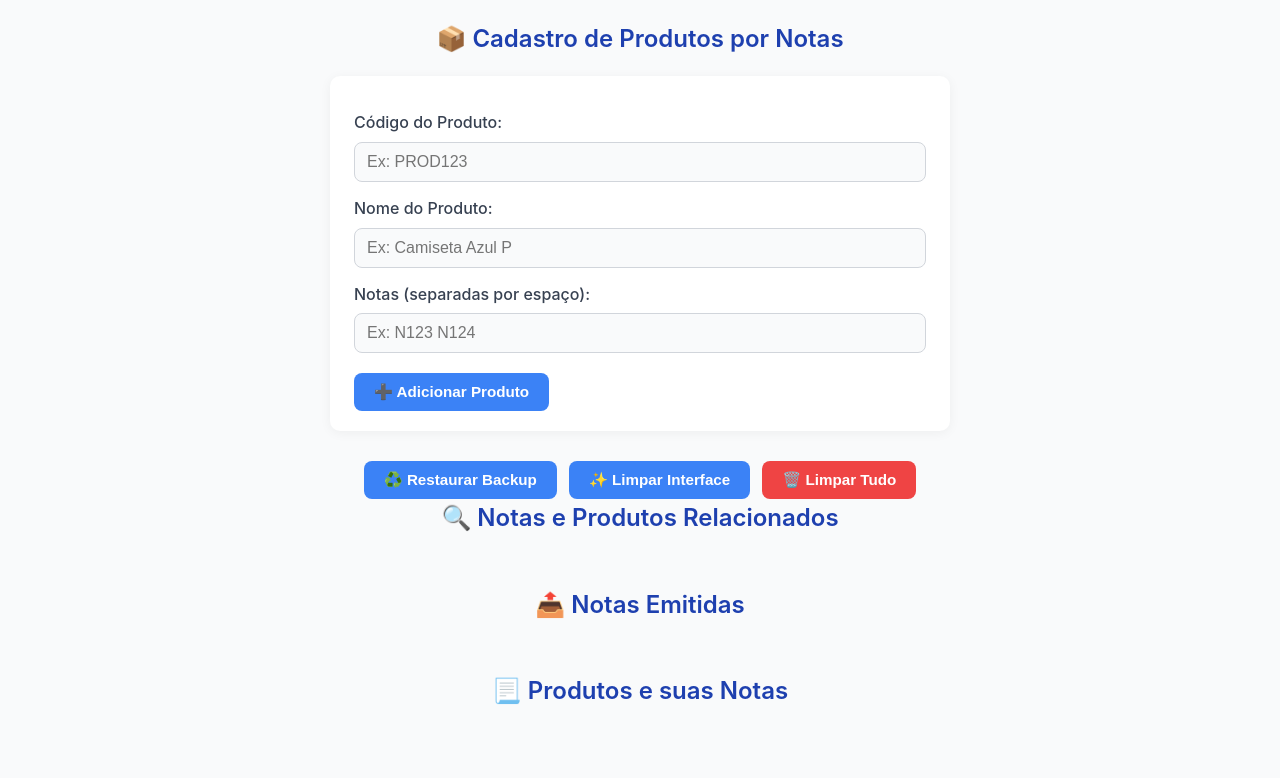
Repository: meiotera/cadastroNotasProdutos
Page: index.html
These files come from the project's save history. The page is drawn as it stood at one moment and after the next save; the edit follows.
The browser window is 1280 px wide. The pictures show the whole page.

Above is the page before, as saved 2025-06-12 07:20:04.

### index.html
<!DOCTYPE html>
<html lang="pt-BR">

<head>
  <meta charset="UTF-8" />
  <meta name="viewport" content="width=device-width, initial-scale=1.0" />
  <title>Cadastro de Produtos e Notas</title>
  <link rel="stylesheet" href="style.css" />
</head>

<body>
  <main>
    <h1>📦 Cadastro de Produtos por Notas</h1>

    <form id="formProduto">
      <label for="codigo">Código do Produto:</label>
      <input type="text" id="codigo" placeholder="Ex: PROD123" required />

      <label for="nomeProduto">Nome do Produto:</label>
      <input type="text" id="nomeProduto" placeholder="Ex: Camiseta Azul P" required />

      <label for="notas">Notas (separadas por espaço):</label>
      <input type="text" id="notas" placeholder="Ex: N123 N124" required />

      <button type="submit">➕ Adicionar Produto</button>
    </form>

    <div class="botoes-secundarios">
      <button id="restaurarBackup">♻️ Restaurar Backup</button>
      <button id="limparInterfaceBtn" class="limpar-btn-interface">✨ Limpar Interface</button>
      <button id="limparDados" class="limpar-btn">🗑️ Limpar Tudo</button>
    </div>

    <h2>🔍 Notas e Produtos Relacionados</h2>
    <div id="notasProdutos">
    </div>

    <h2>📤 Notas Emitidas</h2>
    <div id="notasEmitidas"></div>

    <div id="resultado">
      <h2>📃 Produtos e suas Notas</h2>
      <div id="listaProdutos"></div>
    </div>
  </main>

  <script src="script.js"></script>
</body>

</html>

### style.css
/* Reset básico */
* {
  margin: 0;
  padding: 0;
  box-sizing: border-box;
}

body {
  font-family: 'Inter', sans-serif;
  background-color: #f9fafb;
  color: #1f2937;
  padding: 20px 15px; /* Reduzido padding do body */
  line-height: 1.6;
}

/* Títulos */
h1,
h2 {
  text-align: center;
  margin-bottom: 18px; /* Reduzido margin-bottom */
  font-size: 1.5rem; /* Reduzido font-size */
  color: #1e40af;
  font-weight: 600;
}

/* Formulário */
form {
  background: #ffffff;
  padding: 20px 24px; /* Reduzido padding */
  border-radius: 10px;
  max-width: 620px;
  margin: 0 auto 30px auto; /* Reduzido margin-bottom */
  box-shadow: 0 2px 12px rgba(0, 0, 0, 0.05);
}

label {
  display: block;
  margin: 14px 0 6px; /* Reduzido margin */
  font-weight: 500;
  color: #374151;
}

input {
  width: 100%;
  padding: 10px 12px; /* Reduzido padding */
  border-radius: 8px;
  border: 1.5px solid #d1d5db;
  background-color: #f9fafb;
  font-size: 1rem;
  color: #1f2937;
  transition: 0.2s;
}

input:focus {
  border-color: #3b82f6;
  outline: none;
  background-color: #fff;
}

/* Botões */
button {
  margin-top: 20px; /* Reduzido margin-top */
  padding: 10px 20px; /* Reduzido padding */
  background-color: #3b82f6;
  color: white;
  border: none;
  border-radius: 8px;
  font-size: 0.95rem; /* Levemente reduzido font-size */
  font-weight: 600;
  cursor: pointer;
  transition: background 0.2s ease;
}

.botoes-secundarios {
  display: flex;
  justify-content: center;
  align-items: center;
  gap: 12px; /* Reduzido gap */
}

.botoes-secundarios button {
  margin: 0;
}

button:hover {
  background-color: #2563eb;
}

.limpar-btn {
  background-color: #ef4444;
  margin: 20px auto; /* Reduzido margin */
  display: block;
  max-width: 620px;
}

.limpar-btn:hover {
  background-color: #dc2626;
}

/* Containers principais */
#resultado,
#notasProdutos,
#notasEmitidas {
  max-width: 800px;
  margin: 0 auto 30px;
}

/* Aplicar Flexbox aos containers dos cards para layout lado a lado */
#listaProdutos,
#notasProdutos,
#notasEmitidas {
  display: flex;
  flex-wrap: wrap; /* Permite que os itens quebrem para a próxima linha */
  gap: 16px; /* Espaçamento entre os cards */
}

/* Lista de produtos */
#listaProdutos > .card-nota {
  /* Especificidade para os cards dentro de #listaProdutos */
  /* background: #ffffff; - Removido pois .card-nota já tem */
  /* padding: 16px 20px; - Removido pois .card-nota já tem */
  margin-bottom: 0; /* Removido margin-bottom pois o gap do flex container cuidará disso */
  /* border-radius: 10px; - Removido pois .card-nota já tem */
  /* box-shadow: 0 1px 8px rgba(0, 0, 0, 0.05); - Removido pois .card-nota já tem */
  flex: 1 1 300px; /* Permite que o card cresça, não encolha, base de 300px */
  min-width: 280px; /* Garante uma largura mínima antes de quebrar */
}

#listaProdutos strong {
  display: block;
  margin-bottom: 8px; /* Reduzido margin-bottom */
  font-size: 0.95rem; /* Levemente reduzido font-size */
  color: #111827;
}

/* Tags */
.tag,
.produto-tag {
  display: inline-block;
  padding: 4px 10px; /* Reduzido padding */
  margin: 3px 4px 3px 0; /* Reduzido margin */
  font-size: 0.8rem; /* Reduzido font-size */
  font-weight: 600;
  border-radius: 999px;
  user-select: none;
}

.tag {
  background-color: #e0e7ff;
  color: #3730a3;
}

.produto-tag {
  background-color: #cbd5e1;
  color: #1e293b;
}

.tag:hover,
.produto-tag:hover {
  opacity: 0.85;
}

/* Estilo para o nome do produto dentro da tag de produto em "Notas e Produtos Relacionados" */
.nome-produto-na-nota {
  font-size: 0.75rem; /* Um pouco menor que o código */
  color: #4b5563; /* Cor mais suave */
}

/* Cartão de nota fiscal */
.card-nota {
  background: #ffffff;
  padding: 20px; /* Padding uniforme para melhor espaçamento interno */
  margin-bottom: 0; /* Removido pois o gap do flex container cuidará disso */
  border: 1px solid #e5e7eb; /* Borda sutil e uniforme */
  border-radius: 12px; /* Bordas mais arredondadas para um look moderno */
  box-shadow: 0 4px 12px rgba(0, 0, 0, 0.07); /* Sombra mais suave e moderna */
  /* Para layout flex lado a lado */
  flex: 1 1 300px; /* Permite que o card cresça, não encolha, base de 300px */
  min-width: 280px; /* Garante uma largura mínima antes de quebrar */
  display: flex; /* Para alinhar conteúdo interno se necessário */
  flex-direction: column; /* Para que o conteúdo interno se empilhe verticalmente */
  min-height: 180px; /* Aumenta a altura mínima para mais respiro */
  transition: transform 0.2s ease-in-out, box-shadow 0.2s ease-in-out; /* Efeito suave no hover */
}

.card-nota:hover {
  transform: translateY(-4px); /* Leve elevação no hover */
  box-shadow: 0 6px 18px rgba(0, 0, 0, 0.1); /* Sombra mais pronunciada no hover */
}

/* Estilo para o título principal dentro do card */
.card-nota > strong {
  display: block;
  margin-bottom: 12px; /* Mais espaço após o título antes da borda/conteúdo */
  font-size: 1.1rem; /* Título um pouco maior para destaque */
  color: #111827;
  font-weight: 600;
  padding-bottom: 12px; /* Espaço para a borda inferior */
  border-bottom: 1px solid #e5e7eb; /* Borda inferior mais clara e consistente */
  line-height: 1.4; /* Melhor legibilidade para o título */
}

/* Estilo para o nome do produto exibido no card */
.produto-nome-display {
  font-size: 0.9rem;
  color: #4b5563; /* Cor um pouco mais suave */
  margin-bottom: 8px; /* Espaço abaixo do nome */
}

/* Para outros 'strong' dentro de divs no card, como "Produtos:" */
.card-nota div strong {
  font-weight: 500; /* Um pouco menos de peso que o título principal */
  color: #374151; /* Cor um pouco mais suave para texto secundário */
}

.card-nota > div:not(:first-child) {
  /* Para espaçar os elementos filhos dentro do card */
  margin-top: 12px; /* Aumenta o espaço para seções de conteúdo */
  flex-grow: 1; /* Permite que esta área de conteúdo cresça */
}

/* Botões de ação */
.botao-copiar,
.botao-emitir {
  margin-left: 8px;
  padding: 5px 10px; /* Reduzido padding */
  border-radius: 6px;
  font-size: 0.8rem; /* Reduzido font-size */
  font-weight: 600;
  border: none;
  cursor: pointer;
  transition: background-color 0.2s ease;
  margin-top: 16px; /* Espaço consistente acima dos botões */
  align-self: flex-start; /* Alinha o botão à esquerda do card */
}

.botao-copiar {
  background: #10b981;
  color: white;
}

.botao-copiar:hover {
  background: #059669;
}

.botao-emitir {
  background: #f59e0b;
  color: #ffffff; /* Texto branco para melhor contraste com laranja */
}

.botao-emitir:hover {
  background: #dd8c00;
}

.copiado {
  border: 1px solid #059669;
  background-color: #25e772;
}

/* Itens clicáveis */
.codigo-clicavel,
.numero-nota-clicavel {
  cursor: pointer;
  color: #3b82f6;
  text-decoration: underline;
  font-weight: 500;
}

.codigo-clicavel:hover,
.numero-nota-clicavel:hover {
  color: #1d4ed8;
}

/* Responsivo */
@media (max-width: 720px) {
  form,
  .limpar-btn,
  #resultado,
  #notasProdutos,
  #notasEmitidas {
    padding: 20px 15px;
    margin: 0 auto 30px; /* Mantém centralizado mas ajusta para o gap do flex */
    max-width: 100%;
    flex-direction: column; /* Em telas menores, volta para layout de coluna */
    gap: 12px;
  }

  button {
    width: 100%;
    padding: 14px 0;
  }

  .botao-copiar,
  .botao-emitir {
    width: auto;
    display: inline-block;
    margin-top: 8px;
  }
}

.botao-remover {
  background: transparent;
  /* Estilo de botão mais sutil para remover */
  background-color: #fee2e2; /* Fundo vermelho claro */
  color: #ef4444; /* Texto vermelho */
  border: 1px solid #fecaca; /* Borda vermelha sutil */
  padding: 5px 10px;
  border-radius: 6px;
  font-size: 0.8rem;
  font-weight: 500;
  cursor: pointer;
  margin-top: 16px; /* Espaço consistente acima do botão */
  align-self: flex-start; /* Alinha à esquerda */
  line-height: 1.2; /* Ajuste para o emoji/texto */
}

### script.js
const form = document.getElementById('formProduto');
const codigoInput = document.getElementById('codigo');
const nomeProdutoInput = document.getElementById('nomeProduto'); // Novo input
const listaProdutos = document.getElementById('listaProdutos');
const notasInput = document.getElementById('notas');
const notasProdutos = document.getElementById('notasProdutos');
const notasEmitidasDiv = document.getElementById('notasEmitidas');
const btnRestaurarBackup = document.getElementById('restaurarBackup');
const btnLimpar = document.getElementById('limparDados');
const btnLimparInterface = document.getElementById('limparInterfaceBtn');

let produtosNotas = JSON.parse(localStorage.getItem('produtosNotas')) || [];
let produtosNotasBackup =
  JSON.parse(localStorage.getItem('produtosNotasBackup')) || [];
let notasEmitidas = JSON.parse(localStorage.getItem('notasEmitidas')) || [];

function salvarDados() {
  localStorage.setItem('produtosNotas', JSON.stringify(produtosNotas));
  localStorage.setItem(
    'produtosNotasBackup',
    JSON.stringify(produtosNotasBackup),
  );
  localStorage.setItem('notasEmitidas', JSON.stringify(notasEmitidas));
}

codigoInput.addEventListener('blur', () => {
  const codigoValor = codigoInput.value.trim();
  if (!codigoValor) {
    return;
  }

  // Modificado para buscar no backup
  const produtoExistente = produtosNotasBackup.find(
    (p) => p.codigo === codigoValor,
  );

  if (produtoExistente && produtoExistente.notas.length > 0) {
    notasInput.value = produtoExistente.notas.join(' ');
    if (produtoExistente.nome) {
      nomeProdutoInput.value = produtoExistente.nome;
    } else {
      nomeProdutoInput.value = ''; // Limpa se não houver nome no backup
    }
  } else {
    // Se o produto não for encontrado no backup ou não tiver notas, limpa ambos os campos
    notasInput.value = '';
    nomeProdutoInput.value = '';
  }
});

form.addEventListener('submit', (e) => {
  e.preventDefault();
  const codigo = codigoInput.value.trim();
  const nome = nomeProdutoInput.value.trim(); // Captura o nome do produto
  const notas = notasInput.value
    .split(' ')
    .map((n) => n.trim())
    .filter(Boolean);

  if (!codigo || !nome || notas.length === 0) return; // Adiciona verificação para o nome
  const indiceProdutoExistenteEmProdutosNotas = produtosNotas.findIndex(
    (p) => p.codigo === codigo,
  );

  const indiceProdutoExistenteEmBackup = produtosNotasBackup.findIndex(
    (p) => p.codigo === codigo,
  );

  if (indiceProdutoExistenteEmProdutosNotas > -1) {
    // Produto existe em produtosNotas (UPDATING)
    produtosNotas[indiceProdutoExistenteEmProdutosNotas].notas = notas;
    produtosNotas[indiceProdutoExistenteEmProdutosNotas].nome = nome; // Atualiza o nome

    // Atualiza no backup SOMENTE SE JÁ EXISTIR LÁ
    if (indiceProdutoExistenteEmBackup > -1) {
      produtosNotasBackup[indiceProdutoExistenteEmBackup].notas = notas;
      produtosNotasBackup[indiceProdutoExistenteEmBackup].nome = nome; // Atualiza o nome no backup
    }
    // Se não existe no backup, não faz nada com o backup durante uma atualização.
  } else {
    // Produto é NOVO para produtosNotas (ADDING)
    const novoProduto = { codigo, nome, notas }; // Inclui o nome ao criar novo produto
    produtosNotas.push(novoProduto);

    // Adiciona ao backup SOMENTE SE NÃO EXISTIR LÁ AINDA
    if (indiceProdutoExistenteEmBackup === -1) {
      produtosNotasBackup.push({ ...novoProduto }); // Inclui o nome ao adicionar no backup
    }
  }

  salvarDados();

  form.reset();
  renderizarTudo(codigo); // Passa o código do produto submetido para filtrar a exibição
});

// 📤 Emitir nota
function emitirNota(notaSelecionada) {
  const produtosComNota = produtosNotas.filter((p) =>
    p.notas.includes(notaSelecionada),
  );

  if (produtosComNota.length === 0) return;

  const codigosAlvo = [...new Set(produtosComNota.map((p) => p.codigo))];

  const numeroNota = prompt(
    `Informe o número da Nota Fiscal para os códigos: ${codigosAlvo.join(
      ', ',
    )}:`,
  );
  if (!numeroNota) return;

  const todasNotasRelacionadas = [
    ...new Set(
      produtosNotas
        .filter((p) => codigosAlvo.includes(p.codigo))
        .flatMap((p) => p.notas),
    ),
  ];

  notasEmitidas.push({
    numeroNota,
    produtos: codigosAlvo,
    notas: todasNotasRelacionadas,
  });

  produtosNotas = produtosNotas
    .map((p) =>
      codigosAlvo.includes(p.codigo)
        ? {
            ...p,
            notas: p.notas.filter((n) => !todasNotasRelacionadas.includes(n)),
          }
        : p,
    )
    .filter((p) => p.notas.length > 0);

  salvarDados();
  renderizarTudo();
}

// 🗑️ Limpar tudo
btnLimpar.addEventListener('click', () => {
  if (
    confirm(
      'Tem certeza que deseja apagar TODOS os dados (incluindo o backup)?',
    )
  ) {
    produtosNotas = [];
    produtosNotasBackup = [];
    notasEmitidas = [];
    salvarDados();
    renderizarTudo();
  }
});

// ✨ Limpar apenas a interface (frontend)
btnLimparInterface.addEventListener('click', () => {
  // Apaga os dados de produtosNotas e notasEmitidas, mas mantém o backup
  produtosNotas = [];
  notasEmitidas = []; // Limpa também as notas emitidas para consistência da interface

  salvarDados(); // Salva o estado (produtosNotas e notasEmitidas vazios, backup intacto)
  renderizarTudo(); // Re-renderiza a interface para mostrar as listas vazias

  // Reseta o formulário
  form.reset();
  // Opcional: focar no primeiro campo do formulário
  codigoInput.focus();
});

// 🔄 Renderizar tudo
function renderizarTudo(codigoFiltro = null) {
  // Adiciona parâmetro opcional para filtrar
  renderizarProdutos(codigoFiltro); // Passa o filtro para renderizarProdutos
  renderizarNotas(); // Mantém a exibição global para as outras seções
  renderizarNotasEmitidas(); // Mantém a exibição global
}

function copiarTexto(texto, elementoClicado) {
  // 1. Verificar se a API de Clipboard está disponível
  if (!navigator.clipboard) {
    alert(
      'Seu navegador não suporta a funcionalidade de copiar para a área de transferência de forma segura, ou a página não está sendo servida via HTTPS.',
    );
    return;
  }

  navigator.clipboard
    .writeText(texto)
    .then(() => {
      // Adicionar classe 'copiado' ao elemento clicado para feedback visual
      if (elementoClicado) {
        elementoClicado.classList.add('copiado');
        // Remover a classe após um tempo
        setTimeout(() => {
          elementoClicado.classList.remove('copiado');
        }, 1500); // Remove a classe após 1.5 segundos
      }
      // console.log('Texto copiado:', texto); // Opcional: log para debug
    })
    .catch((err) => {
      console.error('Falha ao copiar o texto:', err);
      let mensagemErro = 'Falha ao copiar o texto.';
      if (err.name === 'NotAllowedError') {
        mensagemErro +=
          ' A permissão para escrever na área de transferência foi negada.';
      } else if (document.visibilityState !== 'visible') {
        mensagemErro +=
          ' A página não está ativa. Clique na página e tente novamente.';
      }
      alert(
        mensagemErro +
          ' Verifique as permissões do navegador e se a página está em HTTPS.',
      );
    });
}

function renderizarProdutos(codigoFiltro = null) {
  listaProdutos.innerHTML = '';
  let produtosParaRenderizar = produtosNotas;

  if (codigoFiltro) {
    const produtoFiltrado = produtosNotas.find(
      (p) => p.codigo === codigoFiltro,
    );
    produtosParaRenderizar = produtoFiltrado ? [produtoFiltrado] : [];
  }

  produtosParaRenderizar.forEach((p) => {
    const div = document.createElement('div');
    div.classList.add('card-nota'); // Adiciona classe para consistência visual
    div.innerHTML = `
      <strong class="codigo-clicavel">${p.codigo}</strong>
      <div class="produto-nome-display">${p.nome || 'Nome não informado'}</div>
      ${p.notas
        .map((n) => `<span class="tag codigo-clicavel">${n}</span>`)
        .join('')}
      <button class="botao-remover" title="Remover este item">❌</button>
    `;

    div
      .querySelector('strong.codigo-clicavel') // Este é o elemento clicado
      .addEventListener('click', (e) => copiarTexto(p.codigo, e.target));

    div.querySelectorAll('span.codigo-clicavel').forEach((span) => {
      span.addEventListener('click', (e) =>
        copiarTexto(span.textContent, e.target),
      );
    });

    // Botão de remover item
    div.querySelector('.botao-remover').addEventListener('click', () => {
      if (
        confirm(
          `Deseja remover o produto ${p.codigo} (${p.nome || 'Sem nome'})?`,
        )
      ) {
        const codigoARemover = p.codigo;
        // Encontra o índice real na lista principal produtosNotas
        const originalIndex = produtosNotas.findIndex(
          (item) => item.codigo === codigoARemover,
        );
        if (originalIndex > -1) {
          produtosNotas.splice(originalIndex, 1);

          // Remover também do backup para manter consistência
          const backupIndex = produtosNotasBackup.findIndex(
            (item) => item.codigo === codigoARemover,
          );
          if (backupIndex > -1) {
            produtosNotasBackup.splice(backupIndex, 1);
          }

          salvarDados();
          renderizarTudo();
        }
      }
    });

    listaProdutos.appendChild(div);
  });
}

function renderizarNotas() {
  notasProdutos.innerHTML = '';
  const notasUnicas = [...new Set(produtosNotas.flatMap((p) => p.notas))];

  notasUnicas.sort((a, b) => {
    const produtosRelacionadosA = produtosNotas.filter((p) =>
      p.notas.includes(a),
    ).length;
    const produtosRelacionadosB = produtosNotas.filter((p) =>
      p.notas.includes(b),
    ).length;
    return produtosRelacionadosB - produtosRelacionadosA;
  });
  notasUnicas.forEach((nota) => {
    const produtosRelacionados = produtosNotas
      .filter((p) => p.notas.includes(nota))
      .map((p) => ({ codigo: p.codigo, nome: p.nome })); // Agora mapeia para objeto com código e nome

    const div = document.createElement('div');
    div.classList.add('card-nota');
    div.innerHTML = `
      <strong>Nota: <span class="codigo-clicavel">${nota}</span></strong>
      ${produtosRelacionados
        .map(
          (prod) =>
            `<span class="produto-tag">
              <span class="codigo-clicavel" title="Copiar código ${
                prod.codigo
              }">${prod.codigo}</span>
              <span class="nome-produto-na-nota"> - ${
                prod.nome || 'Sem nome'
              }</span>
            </span>`,
        )
        .join('')}
      <button class="botao-emitir">Separa por Item</button>
    `;

    div
      .querySelector('strong > span.codigo-clicavel') // Elemento clicado é o span dentro do strong
      .addEventListener('click', (e) => copiarTexto(nota, e.target));

    div
      .querySelectorAll('span.produto-tag > span.codigo-clicavel')
      .forEach((span) => {
        span.addEventListener('click', (e) =>
          copiarTexto(span.textContent, e.target),
        );
      });

    div
      .querySelector('.botao-emitir')
      .addEventListener('click', () => emitirNota(nota));
    notasProdutos.appendChild(div);
  });
}

function renderizarNotasEmitidas() {
  notasEmitidasDiv.innerHTML = '';

  notasEmitidas.forEach((item) => {
    const div = document.createElement('div');
    div.classList.add('card-nota');
    // CORREÇÃO: Envolver item.numeroNota em um span clicável
    div.innerHTML = `
      <strong>Nota Fiscal Nº <span class="codigo-clicavel" title="Copiar Número da Nota ${
        item.numeroNota
      }">${item.numeroNota}</span></strong>
      <div><strong>Produtos:</strong> ${item.produtos // Adiciona a classe codigo-clicavel e title para os produtos
        .map(
          (p) =>
            `<span class="produto-tag codigo-clicavel" title="Copiar Código do Produto ${p}">${p}</span>`,
        )
        .join('')}</div>
    `;
    // Adicionar event listener para copiar o número da nota fiscal
    const spanNumeroNota = div.querySelector('strong > span.codigo-clicavel'); // Seletor corrigido e simplificado
    if (spanNumeroNota) {
      spanNumeroNota.addEventListener('click', (e) =>
        copiarTexto(item.numeroNota, e.target),
      );
    }
    // Adicionar event listeners para copiar os códigos dos produtos
    const spansProdutos = div.querySelectorAll(
      'div > span.produto-tag.codigo-clicavel',
    );
    spansProdutos.forEach((spanProduto) => {
      const codigoProduto = spanProduto.textContent; // O texto do span é o código do produto
      spanProduto.addEventListener('click', (e) =>
        copiarTexto(codigoProduto, e.target),
      );
    });

    notasEmitidasDiv.appendChild(div);
  });
}

btnRestaurarBackup.addEventListener('click', () => {
  produtosNotas = JSON.parse(JSON.stringify(produtosNotasBackup));
  salvarDados();
  renderizarTudo();
  alert('Backup restaurado com sucesso!');
});

// renderizarTudo(); // Removido para não carregar dados automaticamente na inicialização

After the next save:
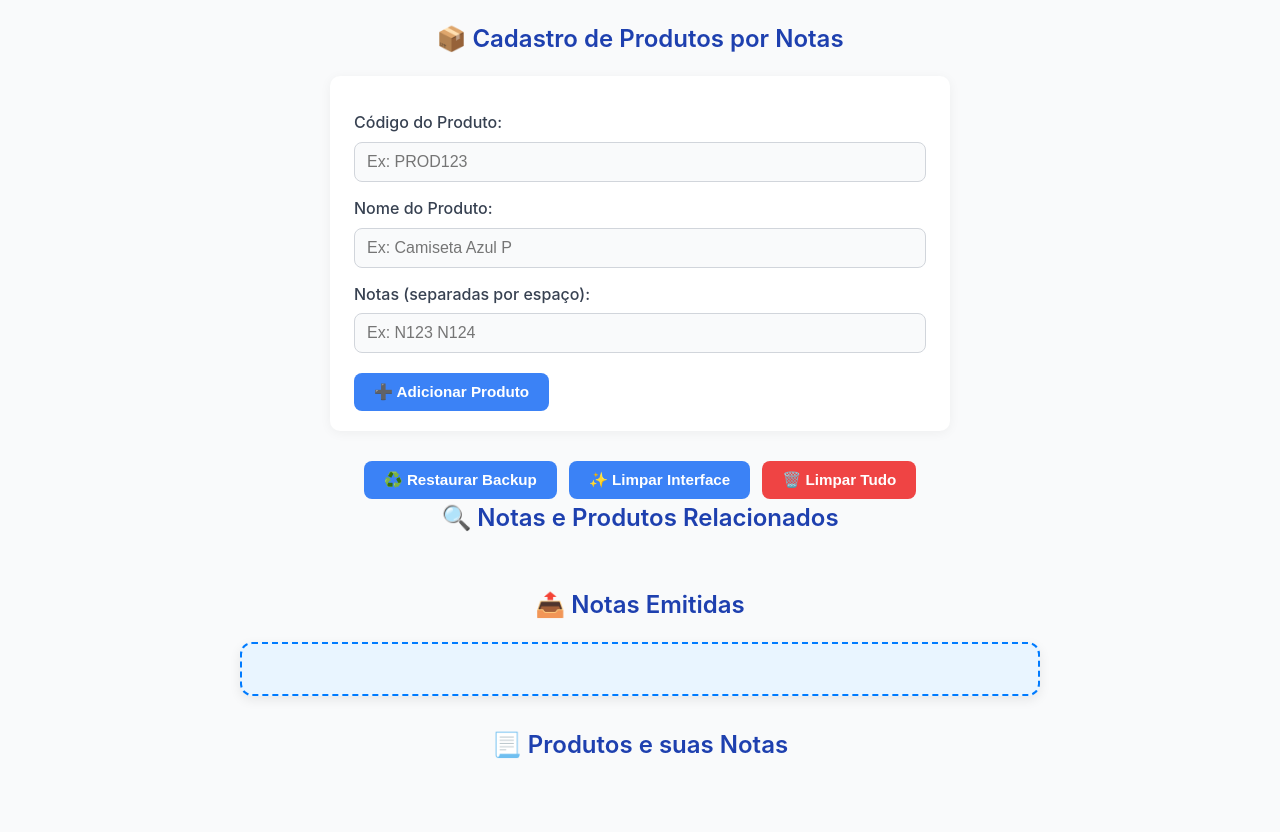
Saved 4 min 49 s later.
--- a/style.css
+++ b/style.css
@@ -313,3 +313,30 @@ button:hover {
   align-self: flex-start; /* Alinha à esquerda */
   line-height: 1.2; /* Ajuste para o emoji/texto */
 }
+
+/* Estilos para destacar a seção de Notas Emitidas */
+#notasEmitidas {
+  background-color: #e9f5ff; /* Fundo azul bem claro */
+  padding: 25px; /* Aumenta o padding para mais destaque */
+  border-radius: 12px; /* Bordas arredondadas consistentes com .card-nota */
+  border: 2px dashed #007bff; /* Borda azul tracejada */
+  box-shadow: 0 4px 12px rgba(0, 0, 0, 0.08); /* Sombra sutil */
+  /* As propriedades flex (display, flex-wrap, gap) são herdadas das regras anteriores,
+     o que é bom. O max-width e margin também são herdados. */
+}
+
+/* Estilos para os cards dentro da seção de Notas Emitidas */
+#notasEmitidas .card-nota {
+  background-color: #ffffff; /* Garante fundo branco para os cards internos */
+  border-left: 6px solid #007bff; /* Borda lateral azul mais espessa */
+  /* Os demais estilos de .card-nota (padding, shadow, etc.) são herdados.
+     A borda lateral pode reduzir um pouco o espaço interno visual,
+     mas o padding de 20px do .card-nota deve ser suficiente. */
+  box-shadow: 0 2px 8px rgba(0, 0, 0, 0.06); /* Sombra um pouco mais sutil para os cards internos */
+}
+
+/* Estilo para o título (Número da Nota Fiscal) dentro dos cards de Notas Emitidas */
+#notasEmitidas .card-nota > strong {
+  color: #0056b3; /* Cor azul escura para o texto do título da nota fiscal */
+  /* A borda inferior e outros estilos são herdados de .card-nota > strong */
+}
